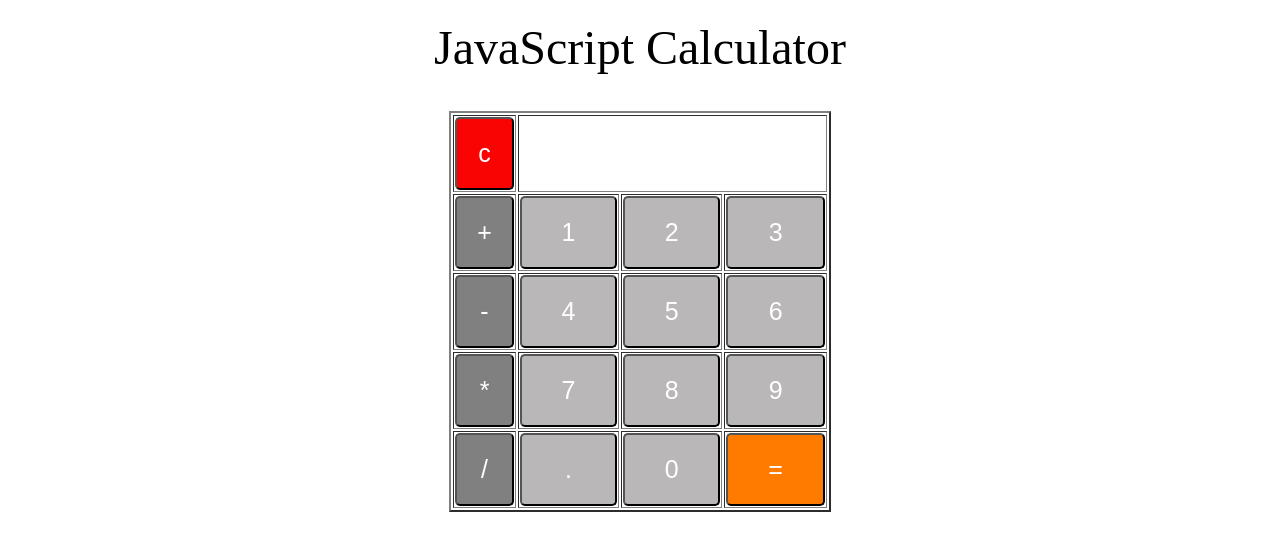
Repository: spidero7/Simple-Calculator
Page: index.html
An editor plug-in stored every save of this project. The page is shown before and after a run of saves, followed by the edit.
The browser window is 1280 px wide. The pictures show the whole page.

Above is the page before, as saved 2021-09-15 08:40:15.

After the next 4 saves:
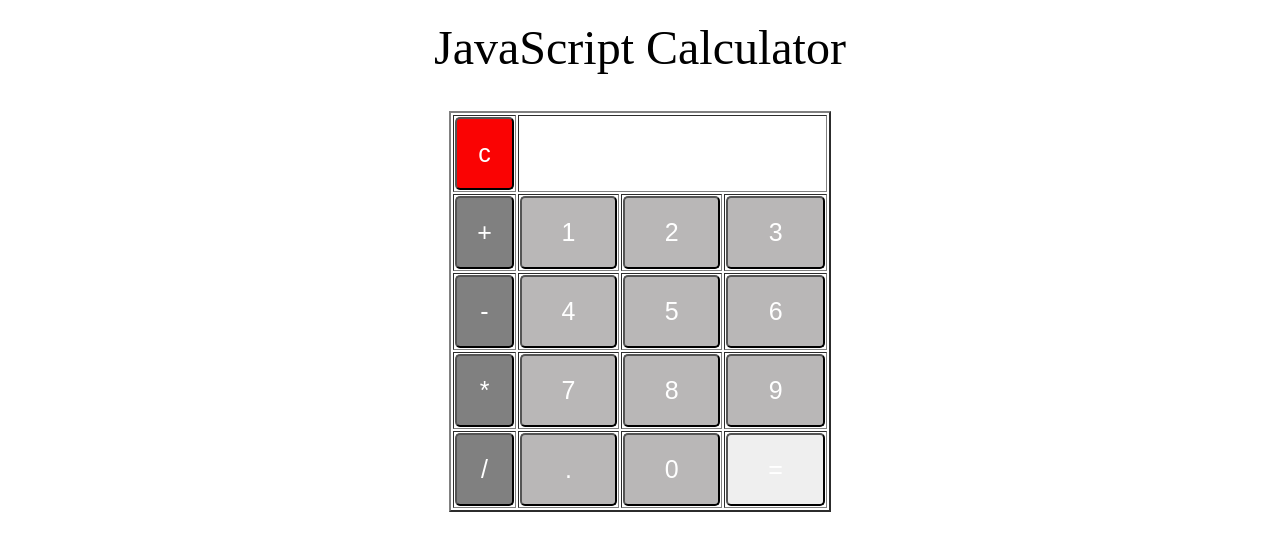
The 4 saves are shown as one change because they came seconds apart.
The last was saved 69 s later.
--- a/style.css
+++ b/style.css
@@ -56,6 +56,6 @@ input[value="c"] {
     background-color: rgb(185, 183, 183);
 }
 
-.equals {
+.equals, . {
     background-color: rgb(255, 123, 0);
 }
